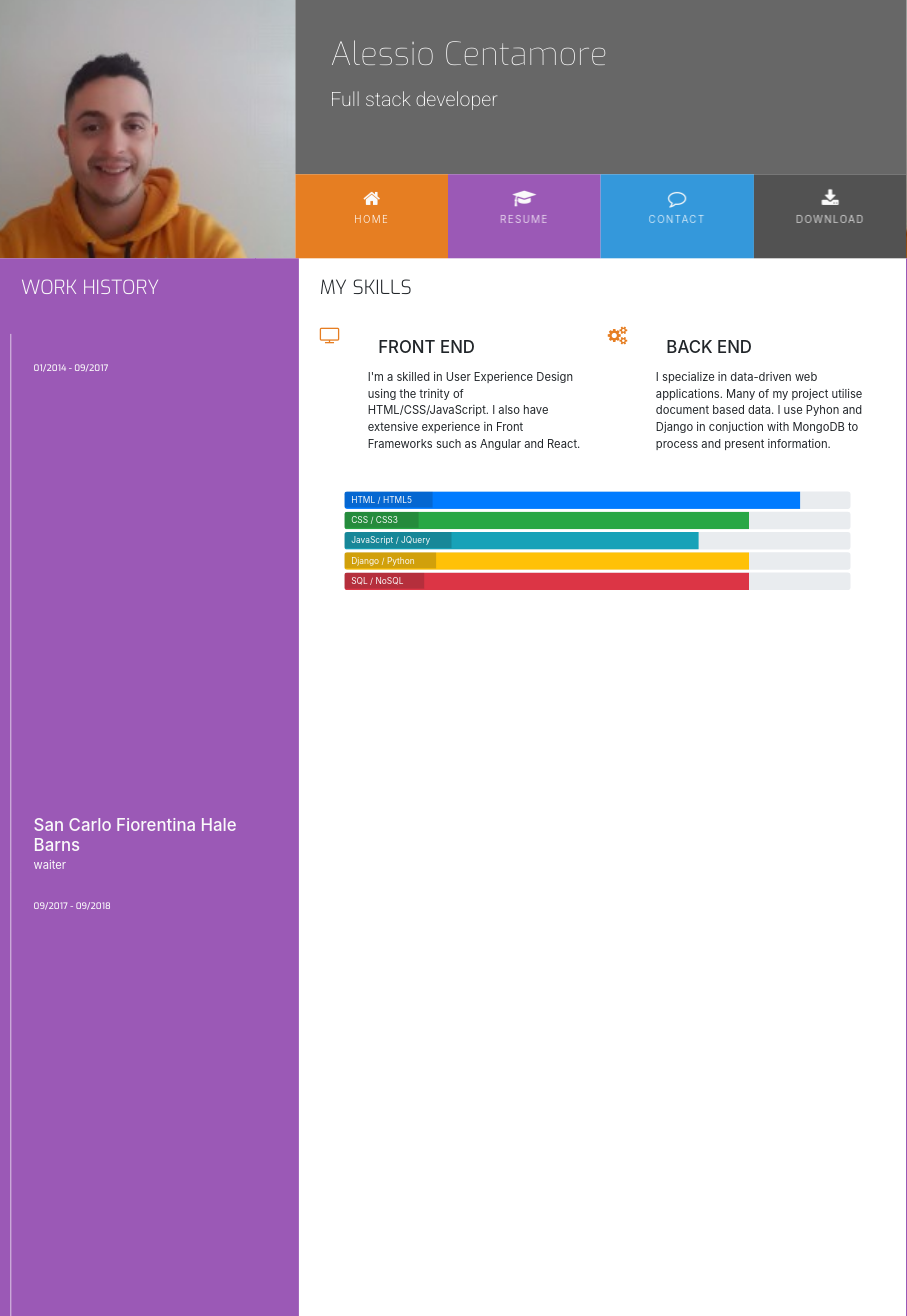
Repository: Baal89/Resume
Page: resume.html
The author's editor kept a record of every edit. The page is drawn from the files as they stood at one moment, then again after the next edit.
The browser window is 1280 px wide. The page is 1295 px wide, so the pictures cover 1295 px, including what lies to the right of the window. The pictures show the part of the page from y = 0 to 1880 px (the page is 2976 px tall before and 3845 px after), at 70% of full size.

Above is the page before.

### resume.html
<!DOCTYPE html>
<html lang="en">

<head>
    <meta charset="UTF-8">
    <meta name="viewport" content="width=device-width, initial-scale=1.0">
    <meta http-equiv="X-UA-Compatible" content="ie=edge">
    <link rel="stylesheet" href="https://stackpath.bootstrapcdn.com/bootstrap/4.4.1/css/bootstrap.min.css" integrity="sha384-Vkoo8x4CGsO3+Hhxv8T/Q5PaXtkKtu6ug5TOeNV6gBiFeWPGFN9MuhOf23Q9Ifjh" crossorigin="anonymous">
    <link href="https://stackpath.bootstrapcdn.com/font-awesome/4.7.0/css/font-awesome.min.css" rel="stylesheet" integrity="sha384-wvfXpqpZZVQGK6TAh5PVlGOfQNHSoD2xbE+QkPxCAFlNEevoEH3Sl0sibVcOQVnN" crossorigin="anonymous">
    <link rel="stylesheet" href="https://cdnjs.cloudflare.com/ajax/libs/hover.css/2.3.1/css/hover-min.css" type="text/css" />
    <link rel="stylesheet" href="assets/css/style.css" type="text/css" />
    <title>Alessio</title>
</head>

<body>

    <header>
        <div class="row">
            <a href="index.html" class="col-md-4 logo px-0">

            </a>
            <div class="col-md-8">
                <div class="row bg-color-name-title">
                    <div class="col heading px-0">
                        <h1 class="name">Alessio Centamore</h1>
                        <h2 class="title">Full stack developer</h2>
                    </div>
                </div>
                <div class="row">
                    <div class="col px-0">
                        <ul id="nav" class="list-inline menu-container">
                            <li class="col-6 col-sm-3 ui-menu-color-home list-inline-item menuitem">
                                <a href="index.html" class="hvr-sweep-to-bottom"><i class="fa fa-home" aria-hidden="true"></i><span>Home</span></a>
                            </li>
                            <li class="col-6 col-sm-3 ui-menu-color-resume list-inline-item menuitem">
                                <a href="resume.html" class="hvr-sweep-to-bottom"><i class="fa fa-graduation-cap" aria-hidden="true"></i><span>Resume</span></a>
                            </li>
                            <li class="col-6 col-sm-3 ui-menu-color-contact list-inline-item menuitem">
                                <a href="#" class="hvr-sweep-to-bottom"><i class="fa fa-comment-o" aria-hidden="true"></i><span>Contact</span></a>
                            </li>
                            <li class="col-6 col-sm-3 ui-menu-color-download list-inline-item menuitem">
                                <a href="#" class="hvr-sweep-to-bottom"><i class="fa fa-download" aria-hidden="true"></i><span>Download</span></a>
                            </li>
                        </ul>
                    </div>
                </div>
            </div>
        </div>
    </header>

    <section class="container-fluid">
        <div class="row">
            <div class="col-md-4 bg-color-personal-work-history section-column">
                <div class="row">
                    <div class="col-12">
                        <h3 class="history-heading uppercase">work history</h3>
                    </div>
                    <div class="timeline-item" data-dates="01/2014 - 09/2017">
                        <h4>San Carlo Fiorentina Hale Barns</h4>
                        <p>waiter</p>
                    </div>
                    <div class="timeline-item" data-dates="09/2017 - 09/2018">
                        <h4>Artisan Living Ventures Restaurant Manchester</h4>
                        <p>Head Waiter</p>
                    </div>
                    <div class="timeline-item" data-dates="10/2018 - 01/2020">
                        <h4>San Carlo Bottega Selfridges Manchester</h4>
                        <p>Assistant General Manager</p>
                    </div>
                </div>
            </div>
            <div class="col-md-8 color-three-reasons section-column">
                <div class="row">
                    <div class="col">
                        <h3 class="section-heading uppercase">My skills</h3>
                    </div>
                </div>
                <div class="row">
                    <div class="col-10 offset-1 offset-sm-0 col-sm-4 col-md-6">
                        <div class="row">
                            <div class="col-2">
                                <i class="three-resons-icon fa fa-tv" aria-hidden="true"></i>
                            </div>
                            <div class="col-10">
                                <h4 class="three-reasons-heading uppercase">Front End</h4>
                                <p>I'm a skilled in User Experience Design using the trinity of HTML/CSS/JavaScript. I also have extensive experience in Front Frameworks such as Angular and React.</p>
                            </div>
                        </div>
                    </div>
                    <div class="col-10 offset-1 offset-sm-0 col-sm-4 col-md-6">
                        <div class="row">
                            <div class="col-2">
                                <i class="three-resons-icon fa fa-gears" aria-hidden="true"></i>
                            </div>
                            <div class="col-10">
                                <h4 class="three-reasons-heading uppercase">Back end</h4>
                                <p>I specialize in data-driven web applications. Many of my project utilise document based data. I use Pyhon and Django in conjuction with MongoDB to process and present information.</p>
                            </div>
                        </div>
                    </div>
                </div>
                <div class="row progress-section">
                    <div class="col">
                        <div class="progress">
                            <div class="progress-bar" role="progressbar" aria-valuenow="90" aria-valuemin="0" aria-valuemax="100" style="width: 90%;">
                                <span class="sr-only">90% complete </span>
                            </div>
                            <span class="progress-type">HTML / HTML5 </span>
                        </div>
                        <div class="progress">
                            <div class="progress-bar bg-success" role="progressbar" aria-valuenow="80" aria-valuemin="0" aria-valuemax="100" style="width: 80%;">
                                <span class="sr-only">80% complete </span>
                            </div>
                            <span class="progress-type">CSS / CSS3</span>
                        </div>
                        <div class="progress">
                            <div class="progress-bar bg-info" role="progressbar" aria-valuenow="70" aria-valuemin="0" aria-valuemax="100" style="width: 70%;">
                                <span class="sr-only">70% complete </span>
                            </div>
                            <span class="progress-type">JavaScript / JQuery</span>
                        </div>
                        <div class="progress">
                            <div class="progress-bar bg-warning" role="progressbar" aria-valuenow="80" aria-valuemin="0" aria-valuemax="100" style="width: 80%;">
                                <span class="sr-only">80% complete </span>
                            </div>
                            <span class="progress-type">Django / Python</span>
                        </div>
                        <div class="progress">
                            <div class="progress-bar bg-danger" role="progressbar" aria-valuenow="80" aria-valuemin="0" aria-valuemax="100" style="width: 80%;">
                                <span class="sr-only">80% complete </span>
                            </div>
                            <span class="progress-type">SQL / NoSQL</span>
                        </div>
                    </div>
                </div>
            </div>
        </div>
    </section>

    <footer class="container-fluid" id="footer-details">
        <div class="row">
            <div class="col-sm-4">
                <h5 class="uppercase general-sub">About</h5>
                <p class="inline-block">Full Stack Web Developer. Skilled in everything from HTML to Heroku. the capacity for structural and design thinking.</p>
            </div>
            <div class="col-sm-4">
                <h5 class="uppercase general-sub">Download</h5>
                <p class="inline-block">Need a printable version of my CV? Download it here.</p>
                <a href="#" target="_blank" class="cv-pdf">
                    <i class="fa fa-download" aria-hidden="true"></i>
                    <span class="sr-only">Download link.</span>
                </a>
            </div>
            <div class="col-sm-4">
                <h5 class="uppercase general-sub">Social</h5>
                <ul class="list-inline social-links">
                    <li class="list-inline-item">
                        <a target="_blank" href="#">
                            <i class="fa fa-facebook" aria-hidden="true"></i>
                            <span class="sr-only">Facebook</span>
                        </a>
                    </li>
                    <li class="list-inline-item">
                        <a target="_blank" href="#">
                            <i class="fa fa-twitter" aria-hidden="true"></i>
                            <span class="sr-only">Twitter</span>
                        </a>
                    </li>
                    <li class="list-inline-item">
                        <a target="_blank" href="#">
                            <i class="fa fa-linkedin" aria-hidden="true"></i>
                            <span class="sr-only">Linkedin</span>
                        </a>
                    </li>
                    <li class="list-inline-item">
                        <a target="_blank" href="#">
                            <i class="fa fa-instagram" aria-hidden="true"></i>
                            <span class="sr-only">Instagram</span>
                        </a>
                    </li>
                </ul>
            </div>
        </div>
    </footer>

</body>

</html>

### assets/css/style.css
@import url('https://fonts.googleapis.com/css?family=Roboto:100,200,300,400,500,600,700|Exo:100,200,300,400,500,600,700&display=swap');


/*-----------------------------------------------------------------Colors */

.bg-color-name-title {
    background-color: #676767;
}

.bg-color-three-resons {
    background-color: #fff;
}

.bg-color-personal-info {
    background-color: #f4f4f4
}

.bg-color-personal-work-history {
    background-color: #9b59b6;
}

.ui-menu-color-home {
    background-color: #e67e22;
}

.ui-menu-color-resume {
    background-color: #9b59b6;
}

.ui-menu-color-contact {
    background-color: #3498db;
}

.ui-menu-color-download {
    background-color: #525252;
}

/* ---------------------------------------------------------------Special padding/margins/text */

h1,
h2,
h3,
h4 {
    margin: 0;
}

.uppercase {
    text-transform: uppercase;
}

.general-sub {
    font-family: "Exo", sans-serif;
    font-weight: 300;
    color: #fafafa;
}

.inline-block {
    display: inline-block;
}

.row-table {
    display: table;
}

.section-column {
    display: table-cell;
    padding: 0 30px 30px;
    float: none;
}

.section-heading,
.history-heading {
    font-family: "Exo", sans-serif;
    font-weight: 300;
    margin-top: 25px;
    margin-bottom: 40px;
}

/* ---------------------------------------------------------------Heading */

header {
    margin: 0;
}

.heading {
    margin-left: 50px;
}

.logo {
    background-image: url("../img/Alessio.jpg");
    background-position: center;
    background-repeat: no-repeat;
    background-size: cover;
    min-height: 360px;
    transition: all .5s ease-in-out;
    -moz-transition: all .5s ease-in-out;
    -webkit-transition: all .5s ease-in-out;
}

.name {
    font-family: Exo, sans-serif;
    font-weight: 100;
    font-size: 46px;
    margin-top: 50px;
    color: #ffffff;
}

.title {
    font-family: Roboto, sans-serif;
    font-weight: 200;
    font-size: 28px;
    margin-top: 20px;
    margin-bottom: 90px;
    color: #ffffff;
}

.list-inline-item:not(:last-child) {
    margin-right: 0 !important;
}

.menu-container {
    font-size: 0;
}

#nav li {
    font-size: 14px;
    padding: 0;
}

.menuitem {
    height: 120px;
    text-align: center;
    padding: 0;
}

.menuitem a {
    width: 100%;
    text-decoration: none;
    color: #fff;
    height: 120px;
}

.menuitem i {
    padding-top: 22px;
    display: block;
    color: #fafafa;
    font-size: 26px;
}

.menuitem span {
    display: block;
    width: 100%;
    padding-top: 5px;
    text-align: center;
    text-transform: uppercase;
    font-size: 14px;
    font-weight: 300;
    letter-spacing: 2px;
}

#nav {
    margin: 0;
}

/* ---------------------------------------------------------------Hover */

.hvr-sweep-to-bottom:before {
    background-color: rgba(0,0,0, 0.2);
    height: 120px;
}

/* --------------------------------------------------------------Footer */

footer {
    background-color: #525252;
    color: #fafafa;
    min-height: 120px;
    margin: 0;
}

.cv-pdf i {
    font-size: 18px;
    color: #fafafa;
    text-align: center;
    padding-left: 5px;
    transition: all 0.35s ease-in-out;
    -moz-0transition: all 0.35s ease-in-out;
    -webkit-transition: all 0.35s ease-in-out;
    -o-transition: all 0.35s ease-in-out;
}

.cv-pdf i:hover {
    color: #e84610;
}

.social-links {
    padding-bottom: 15px;
}

.social-links li a i {
    width: 32px;
    height: 32px;
    padding: 12px 0;
    border-radius: 50%;
    font-size: 13px;
    line-height: 7px;
    text-align: center;
    color: #fafafa;
    background-color: #8f8f8f;
    transition: all 0.35s ease-in-out;
    -moz-0transition: all 0.35s ease-in-out;
    -webkit-transition: all 0.35s ease-in-out;
    -o-transition: all 0.35s ease-in-out;
}

.social-links li a i:hover {
    background-color: #e84610;
}

#footer-details {
    padding: 20px;
}

/* --------------------------------------------------------------three reasons */


.three-resons-icon {
    font-size: 26px;
    color: #e67e22;
}

.three-reasons-heading {
    margin: 15px;
}

/* --------------------------------------------------------------Personal info*/

.personal-info-item {
    margin-bottom: 20px;
    display: block;
    clear: both;
}

.personal-info-item .key,
.personal-info-item .value {
    padding-right: 8px;
    display: inline-block;
}

.personal-info-item .key p,
.personal-info-item .value p {
    margin: 0;
}

.personal-info-item .key {
    width: 30%;
    margin-right: 21px;
    padding-top: 2px;
    vertical-align: top;
}

.personal-info-item .key p {
    font-weight: 700;
}

.personal-info-item .value {
    position: relative;
    width: 60%;
}

/* --------------------------------------------------------------skills */

.progress {
    position: relative;
    height: 25px;
    margin-bottom: 4px;
}

.progress-type {
    position: absolute;
    left: 0px;
    font-weight: 400;
    padding: 3px 30px 2px 10px;
    color: #fafafa;
    background-color: rgba(25, 25, 25, 0.2);
}

.progress-section {
    margin: 40px 20px;
}

/* ---------------------------------------------------------------work history */

.history-heading {
    color: #fafafa;
    margin-bottom: 50px;
}

.timeline-item {
    padding: 43em 2em 0em 2em;
    position: relative;
    color: #fafafa;
    border-left: 1px solid;
}

.timeline-item p {
    padding: 0;
    margin: 0;
}

.timeline-item:before {
    content: attr(data-dates);
    position: absolute;
    left: 2.5em;
    top: 3em;
    display: block;
    font-family: "Exo" , sans-serif;
    font-weight: 500;
    font-size: 0.8em;
    padding: 0;
    margin: 0;
}

.tiimeline-item:after {
    width: 12px;
    height: 12px;
    display: block;
    top: 2.4em;
    position: absolute;
    left: -6px;
    border-radius: 12px;
    content: "";
    background-color: #fafafa;
}

After the next edit:
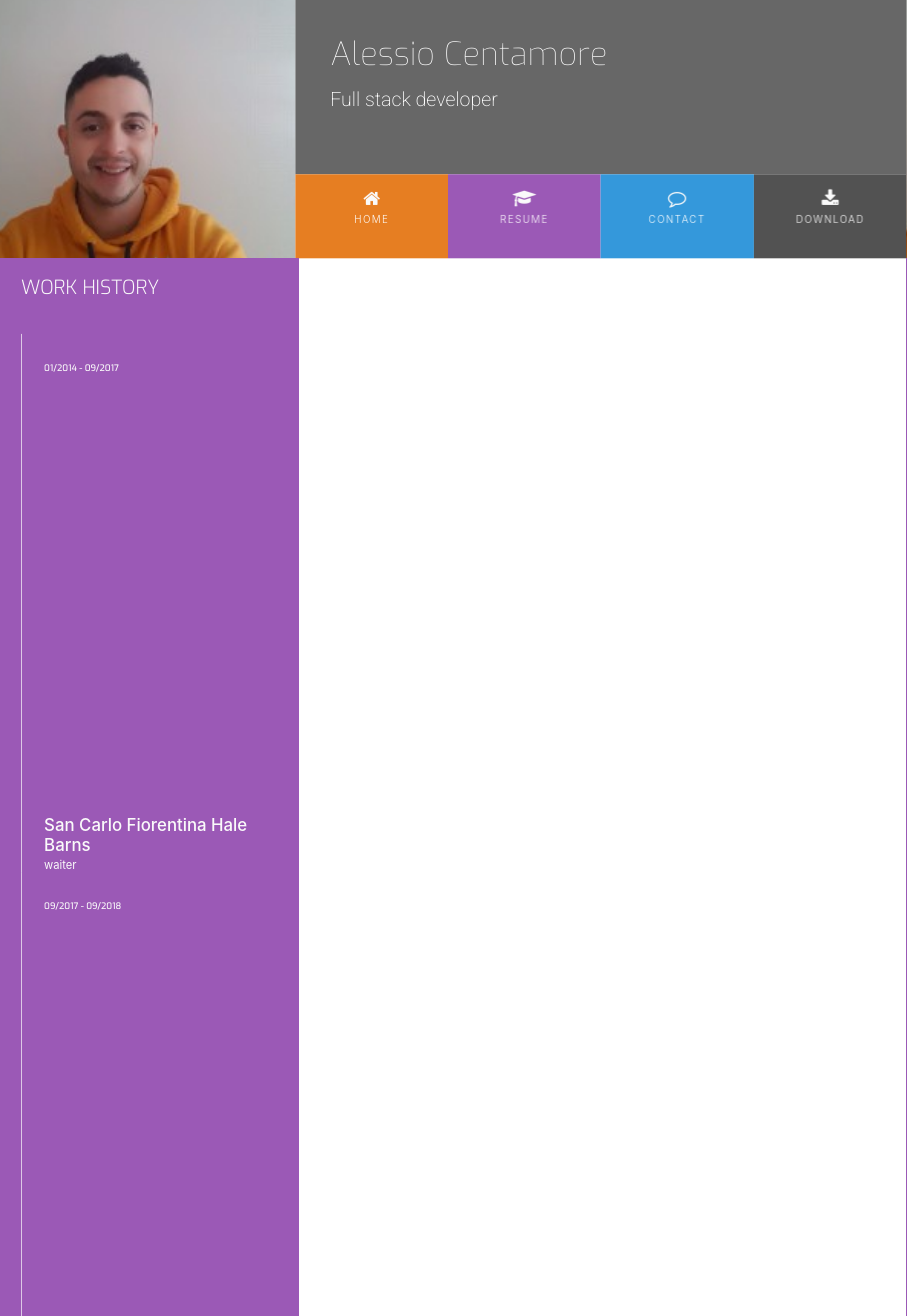
The edit:
--- a/resume.html
+++ b/resume.html
@@ -55,18 +55,19 @@
                     <div class="col-12">
                         <h3 class="history-heading uppercase">work history</h3>
                     </div>
-                    <div class="timeline-item" data-dates="01/2014 - 09/2017">
-                        <h4>San Carlo Fiorentina Hale Barns</h4>
-                        <p>waiter</p>
-                    </div>
-                    <div class="timeline-item" data-dates="09/2017 - 09/2018">
-                        <h4>Artisan Living Ventures Restaurant Manchester</h4>
-                        <p>Head Waiter</p>
-                    </div>
-                    <div class="timeline-item" data-dates="10/2018 - 01/2020">
-                        <h4>San Carlo Bottega Selfridges Manchester</h4>
-                        <p>Assistant General Manager</p>
-                    </div>
+                </div>
+                <div class="history-item">
+                <div class="timeline-item" data-dates="01/2014 - 09/2017">
+                    <h4>San Carlo Fiorentina Hale Barns</h4>
+                    <p>waiter</p>
+                </div>
+                <div class="timeline-item" data-dates="09/2017 - 09/2018">
+                    <h4>Artisan Living Ventures Restaurant Manchester</h4>
+                    <p>Head Waiter</p>
+                </div>
+                <div class="timeline-item" data-dates="10/2018 - 01/2020">
+                    <h4>San Carlo Bottega Selfridges Manchester</h4>
+                    <p>Assistant General Manager</p>
                 </div>
             </div>
             <div class="col-md-8 color-three-reasons section-column">
